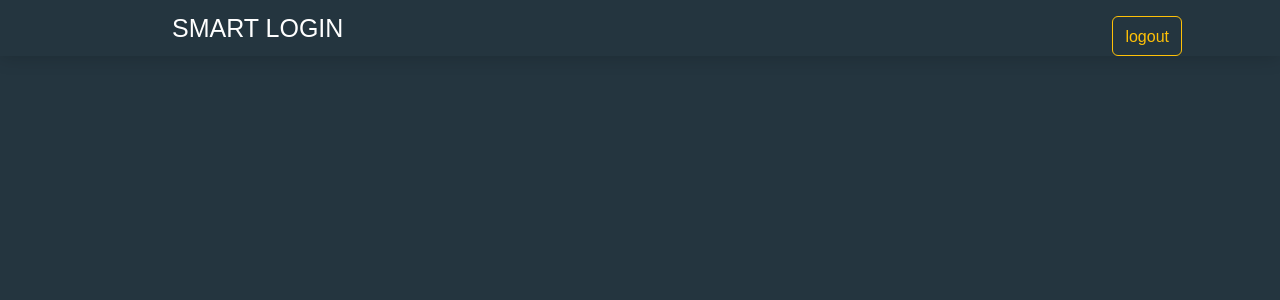
Repository: bodajava/TASK-4
Page: theerdIndex.html
The author's editor kept a copy of each file at every save. The page is drawn from the files as they stood at one save, then again after the next save.
The browser window is 1280 px wide. The pictures show the whole page.

Above is the page before, as saved 2025-06-18 18:54:08.

### theerdIndex.html
<!DOCTYPE html>
<html lang="en">
  <head>
    <link rel="stylesheet" href="CSS/all.min.css" />
    <link rel="stylesheet" href="CSS/bootstrap.css" />
    <link rel="stylesheet" href="CSS/style.css" />
    <meta charset="UTF-8" />
    <meta name="viewport" content="width=device-width, initial-scale=1.0" />
    <title>Document</title>
  </head>
  <body>
    <div id="container" class="container-fluid">
      <nav
        id="nav"
        class="container navbar navbar-expand-lg bg-body-tertiary pt-0 pb-0"
      >
        <div class="container-fluid">
          <a id="margen" class="navbar-brand" href="#">SMART LOGIN</a>

          <button
            class="navbar-toggler"
            type="button"
            data-bs-toggle="collapse"
            data-bs-target="#navbarSupportedContent"
            aria-controls="navbarSupportedContent"
            aria-expanded="false"
            aria-label="Toggle navigation"
          >
            <span class="navbar-toggler-icon"></span>
          </button>

          <div class="collapse navbar-collapse" id="navbarSupportedContent">
            <ul class="navbar-nav ms-auto mb-2 mb-lg-0">
              <li class="me-3">
                <a
                  class="pt-2 mt-3 btn btn-outline-warning w-100 d-flex align-items-center"
                  href=""
                  >logout</a
                >
              </li>
            </ul>
          </div>
        </div>
      </nav>
    </div>
    <script src="js/bootstrap.bundle.min.js"></script>
    <script src="js/index.js"></script>
  </body>
</html>

### CSS/style.css
* {
  padding: 0;
  margin: 0;
  box-sizing: border-box;
}

body {
  background-color: #24353f;
  display: flex;
  justify-content: center;
  align-items: center;
  font-family: Arial, sans-serif;
}

#item {
  margin-top: 60px;
  margin-left: 390px;
  margin-right: 390px;
  padding-left: 15px;
  padding-right: 15px;
}

#item2 {
  box-shadow: 0 0 20px rgba(0, 0, 0, 0.2);
  margin-left: 138.75px;
  margin-right: 138.75px;
  padding-left: 60px;
  padding-right: 60px;
  padding-top: 60px;
  padding-bottom: 60px;
}

h1 {
  color: #189bb1;
}

.anchor {
  text-decoration: none;
}

.anchor:hover {
  text-decoration: underline;
}

.paragraph {
  font-size: 20px;
  line-height: 30px;
  font-weight: 400;
  color: white;
}

.paragraph a {
  font-size: 20px;
  line-height: 30px;
  font-weight: 400;
  color: white;
}

.form-control {
  background-color: #24353f;
  border: 1px solid white;
  color: #fff;
  border-radius: 5px;
}

.form-control::placeholder {
  color: #a0a0a0;
}

.form-control:focus {
  background-color: #24353f;
  color: #fff;
  border-color: #189bb1;
  outline: none;
  box-shadow: none;
}

.btnn {
  text-decoration: none;
  color: #189bb1;
}

.btnn:hover {
  color: white;
}

#box {
  box-shadow: 0 0 20px rgba(0, 0, 0, 0.2);
}

#nav {
  background-color: #24353f !important;
}

#container {
  box-shadow: 0 0 20px rgba(0, 0, 0, 0.2);
}

#margen {
  margin-left: 90px;
  font-size: 25px;
  line-height: 38px;
  font-weight: 400;
  color: white;
}

Loaded but not shown: CSS/all.min.css (library); CSS/bootstrap.css (library); js/bootstrap.bundle.min.js (library); js/index.js (no copy from this time; the picture is the same without it)

After the next save:
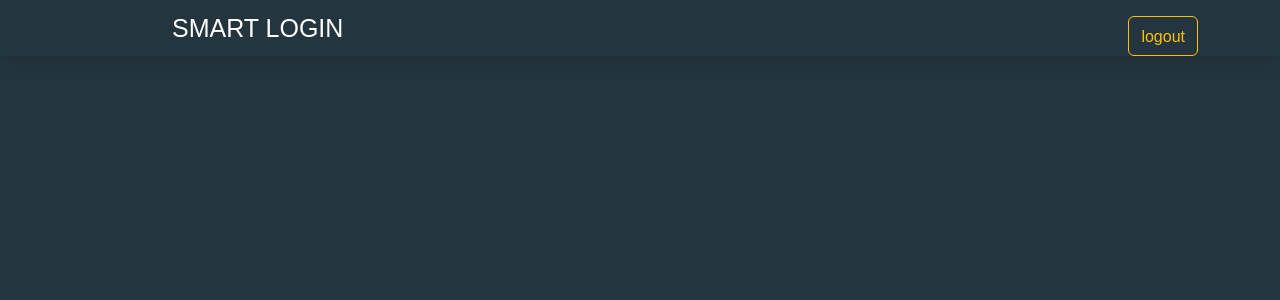
Saved 11 s later.
--- a/theerdIndex.html
+++ b/theerdIndex.html
@@ -31,7 +31,7 @@
 
           <div class="collapse navbar-collapse" id="navbarSupportedContent">
             <ul class="navbar-nav ms-auto mb-2 mb-lg-0">
-              <li class="me-3">
+              <li class="">
                 <a
                   class="pt-2 mt-3 btn btn-outline-warning w-100 d-flex align-items-center"
                   href=""

After the save that followed:
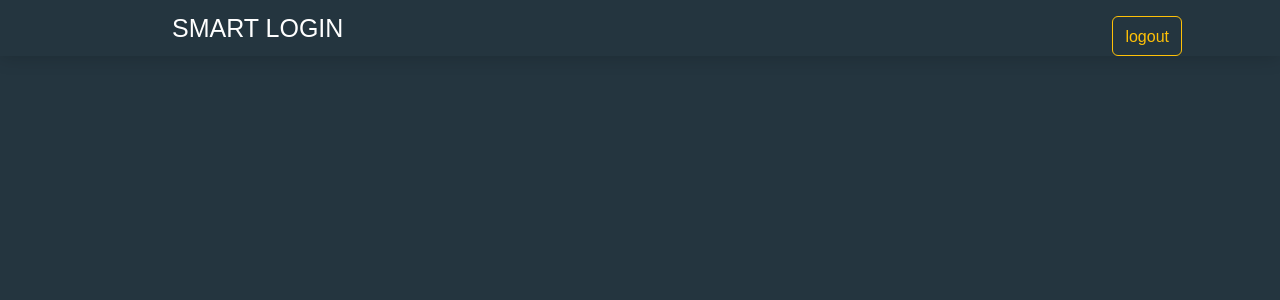
Saved 9 s later.
--- a/theerdIndex.html
+++ b/theerdIndex.html
@@ -30,8 +30,8 @@
           </button>
 
           <div class="collapse navbar-collapse" id="navbarSupportedContent">
-            <ul class="navbar-nav ms-auto mb-2 mb-lg-0">
-              <li class="">
+            <ul class="navbar-nav ms-auto mb-2 mb-lg-0 me-3">
+              <li>
                 <a
                   class="pt-2 mt-3 btn btn-outline-warning w-100 d-flex align-items-center"
                   href=""
